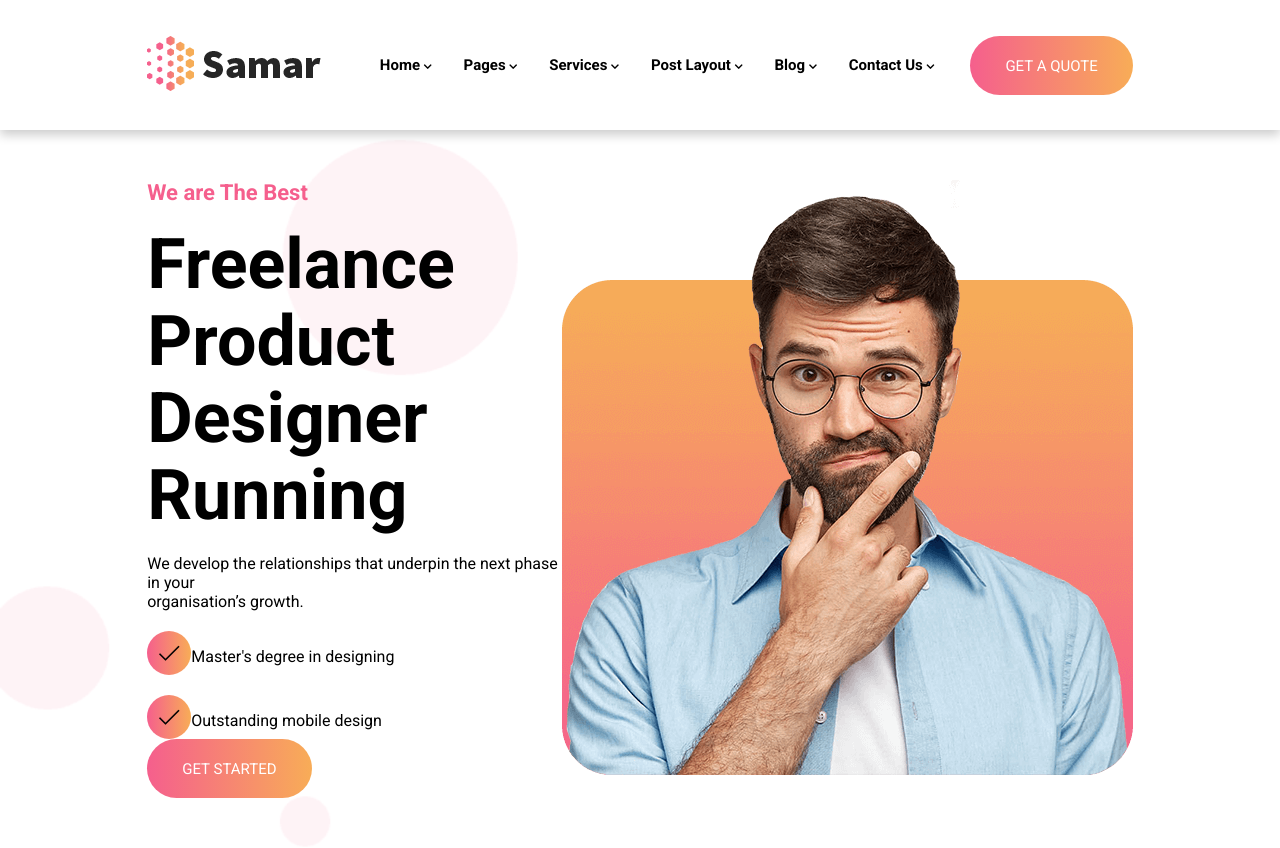
Repository: leequanganh/sammar
Page: html/index.html
These files come from the project's save history. The page is drawn as it stood at one moment and after a run of saves; the edit follows.
The browser window is 1280 px wide. The pictures show the whole page.

Above is the page before, as saved 2021-12-09 14:49:14.

### html/index.html
<!DOCTYPE html>
<html lang="en">
<head>
    <meta charset="UTF-8">
    <meta http-equiv="X-UA-Compatible" content="IE=edge">
    <meta name="viewport" content="width=device-width, initial-scale=1.0">
    <link rel="preconnect" href="https://fonts.googleapis.com">
<link rel="preconnect" href="https://fonts.gstatic.com" crossorigin>
<link href="https://fonts.googleapis.com/css2?family=Roboto:ital,wght@0,100;0,300;0,400;0,700;1,500;1,700;1,900&display=swap" rel="stylesheet">
            <!-- /////////////////// -->
    <link rel="stylesheet" href="../css/flaticon.css">
    <link rel="stylesheet" href="https://cdnjs.cloudflare.com/ajax/libs/line-awesome/1.3.0/line-awesome/css/line-awesome.min.css" integrity="sha512-vebUliqxrVkBy3gucMhClmyQP9On/HAWQdKDXRaAlb/FKuTbxkjPKUyqVOxAcGwFDka79eTF+YXwfke1h3/wfg==" crossorigin="anonymous" referrerpolicy="no-referrer" />
    <link rel="stylesheet" href="https://cdnjs.cloudflare.com/ajax/libs/font-awesome/5.15.4/css/all.min.css" integrity="sha512-1ycn6IcaQQ40/MKBW2W4Rhis/DbILU74C1vSrLJxCq57o941Ym01SwNsOMqvEBFlcgUa6xLiPY/NS5R+E6ztJQ==" crossorigin="anonymous" referrerpolicy="no-referrer" />
                 <!-- ////////////////////// -->
    <link rel="stylesheet" href="../css/index.css">
    <title>Document</title>
</head>
<body>
<!-- header start  -->
    <div class="header" id="navbar">

        <div class="header__contain">
            <div class="header_logo" id="logo">
                <img src="../img/logo-2.png" alt="">
            </div>
            <div class="header_nav">
                <ul>
                    <li> <a href=""> <span>Home</span>
                        <i class="fas fa-chevron-down"></i></a> </li>
                    <li> <a href=""><span>Pages</span>
                        <i class="fas fa-chevron-down"></i></a></li>
                    <li><a href=""> <span>Services</span>
                        <i class="fas fa-chevron-down"></i></a></li>
                    <li><a href=""> <span>Post Layout</span>
                        <i class="fas fa-chevron-down"></i></a></li>
                    <li><a href=""><span>Blog</span>
                        <i class="fas fa-chevron-down"></i></a></li>
                    <li><a href=""><span>Contact Us</span>
                        <i class="fas fa-chevron-down"></i></a></li>
                </ul>
                <div class="btn">
                    <a href="">GET A QUOTE</a>
                </div>
            </div>
        </div>
    </div>
<!-- header end  -->
<!-- banner start  -->
    <div class="banner">
        <div class="banner__contain">
            <div class="banner_text">
                <p>We are The Best</p>
                <h1>Freelance Product <br> Designer Running</h1>
                <p>We develop the relationships that underpin the next phase in your <br>
                    organisation’s growth.</p>
                <span><i class="las la-check"></i>Master's degree in designing</span>
                <span><i class="las la-check"></i>Outstanding mobile design</span>

                <!-- <ul>
                    <li>Master's degree in designing</li>
                    <li>Outstanding mobile design</li>

                </ul> -->
                <div class="btn"><a href="">GET STARTED</a></div>

            </div>
            <div class="banner_img">
                <img src="../img/pic3_1.png" alt="">
            </div>
        </div>
    </div>
<!-- banner end  -->
    <script src="https://code.jquery.com/jquery-3.6.0.min.js" integrity="sha256-/xUj+3OJU5yExlq6GSYGSHk7tPXikynS7ogEvDej/m4=" crossorigin="anonymous"></script>
    <script>
        $(document).ready(function(){
            $(window).scroll(function(){
                if($(this).scrollTop()){
                    $('header').addClass('sticky');
                }else{
                    $('header').removeClass('sticky');
                }
            })
        });
    </script>
</body>
</html>

### css/index.css
*{
padding: 0;
margin: 0;
border: 0;
box-sizing: border-box;
font-family: 'Roboto', sans-serif;
}
body{
    /* height: 9000px;
    background-color: antiquewhite; */
}
/* header-start  */
.header{
    display: flex;
    justify-content: center;
    position: fixed;
        width: 100%;
        top: 0;
    z-index: 1;
    box-shadow: 0px 5px 10px rgba(0, 0, 0,0.2);
    overflow: hidden;
    transition: 0.5s;
    background: rgba(0,0,0,0);
}
.header__contain{
    width: 77%;
    display: flex;
    justify-content: space-between;
    align-items: center;
}
.header_nav {
    width: 80%;
    display: flex;
    justify-content: flex-end;
    align-items: center;
}
ul{
    display: flex;
}
.header_nav ul li{
    transition: 0.3s;
    padding: 55px 16px ;
    list-style: none;
}
.header_nav li a {
    font-size: 15px;
    list-style: none;
    text-decoration: none;
    color: black;
    font-weight: 600;
}
.header_nav li a span{
    line-height: 20px;
}
.header_nav li:hover{
    cursor: pointer;
}
.header_nav li a {
    display: inline-block;
}
span{
    display: inline-block;
}
.header_nav li:hover a span  {
   animation-name: upToDown;
   animation-duration: 0.5s;
   color: #f55f8d;
   cursor: pointer;
}
.header_nav li:hover a i{
   color: #f55f8d;
}
.header_nav li a i{
    font-size: 9px;
}
.header .btn{
    margin-left: 20px;
}
.btn {
    padding: 20px 35px;
    border-radius: 30px;
    border-width: 1px;
    background-image: linear-gradient(to right,#f55f8d 0,#f8ae56 51%,#f55f8d 100%);
    background-position: left bottom;
    background-size: 200%;
    transition: 0.5s;
}
.btn a{
    color: white;
    line-height: 18px;
    font-size: 15px;
    font-weight: 500;
    text-decoration: none;

}
.btn:hover {
    background-position: right center;
}
/* header-end  */
/* banner start  */
.banner {
    background-image: url(../img/pic2.png);
    background-size: cover;
    background-repeat: no-repeat;
    /* background-position: center; */
    padding-top: 130px;
    display: flex;
    flex-direction: row;
    justify-content: center;
}
.banner__contain{
    display: flex;
    /* overflow: visible; */
    padding: 50px 0;
    justify-content: space-between;
    width: 77%;
}
.banner_text{
    display: flex;
    flex-direction: column;
    align-items:flex-start;
}
.banner_text p:first-child{
    /* width: 60%; */
    color: #f55f8d;
    font-size: 22px;
    font-weight: 600;
    line-height: 26px;
    margin-bottom: 20px;
}
.banner_text h1{
    font-size: 70px;
    font-weight: 800;
    line-height: 77px;
    margin-bottom: 20px;

}
.banner_text p:last-child{
    color: #636363;
    font-size: 18px;
    line-height: 28px;
    margin-bottom: 20px;
}
.banner_text span{
    margin-top: 20px;
}
.banner_text span i{
    font-size: 24px;
    padding: 10px;
    background-image: linear-gradient(to right,#f55f8d 0,#f8ae56 51%,#f55f8d 100%);
    border-radius: 50%;
    background-size: 200%;
}

.banner_img{
    /* width: 40%; */
}

.banner_img{
    /* position: relative; */
}

/* banner end  */
/* animate  */
@keyframes upToDown {
    49% {
      transform: translateY(100%);
    }
    50% {
      opacity: 0;
      transform: translateY(-100%);
    }
    51% {
      opacity: 1;
    }
  }
/* animate  */

Loaded but not shown: css/flaticon.css (common file)

After the next 3 saves:
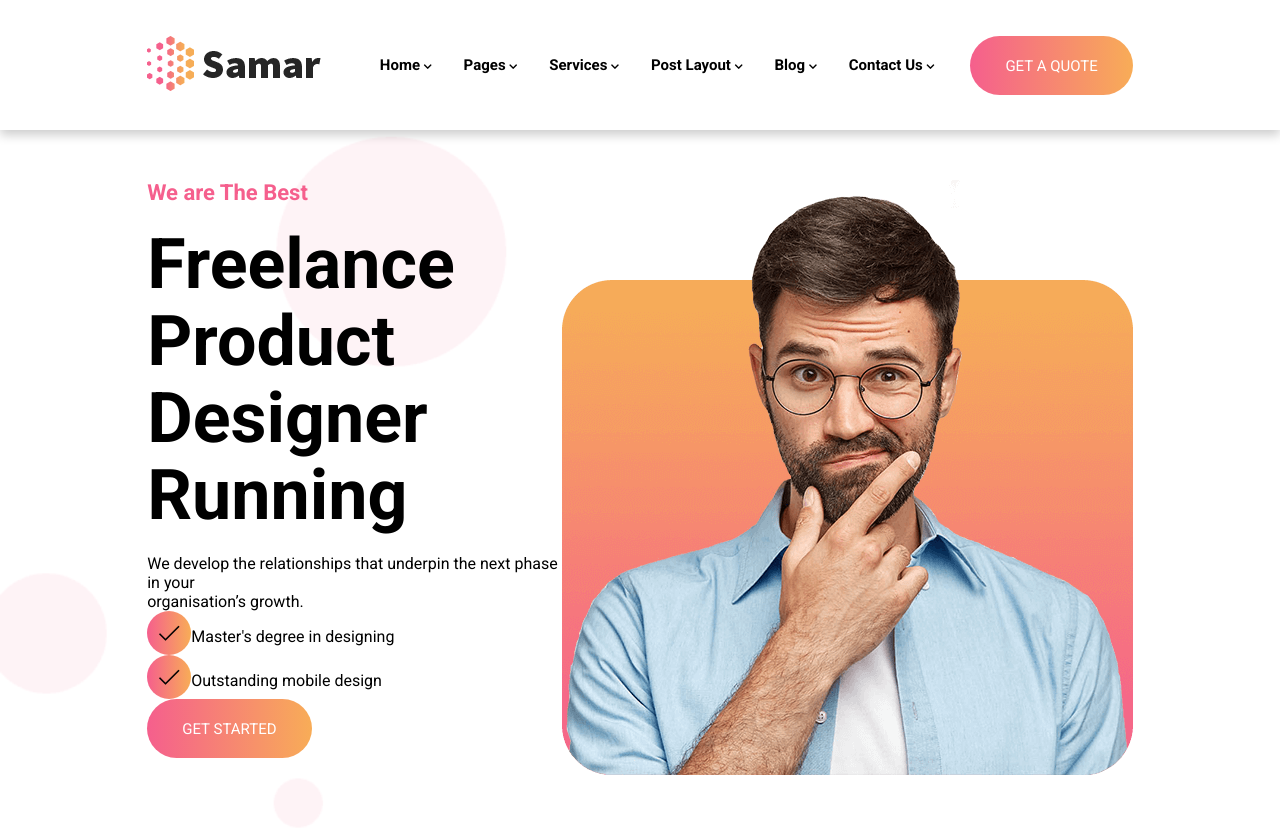
The 3 saves are shown as one change because they came seconds apart.
The last was saved 32 s later.
--- a/css/index.css
+++ b/css/index.css
@@ -141,7 +141,7 @@ span{
     line-height: 28px;
     margin-bottom: 20px;
 }
-.banner_text span{
+.banner_text span:first{
     margin-top: 20px;
 }
 .banner_text span i{
